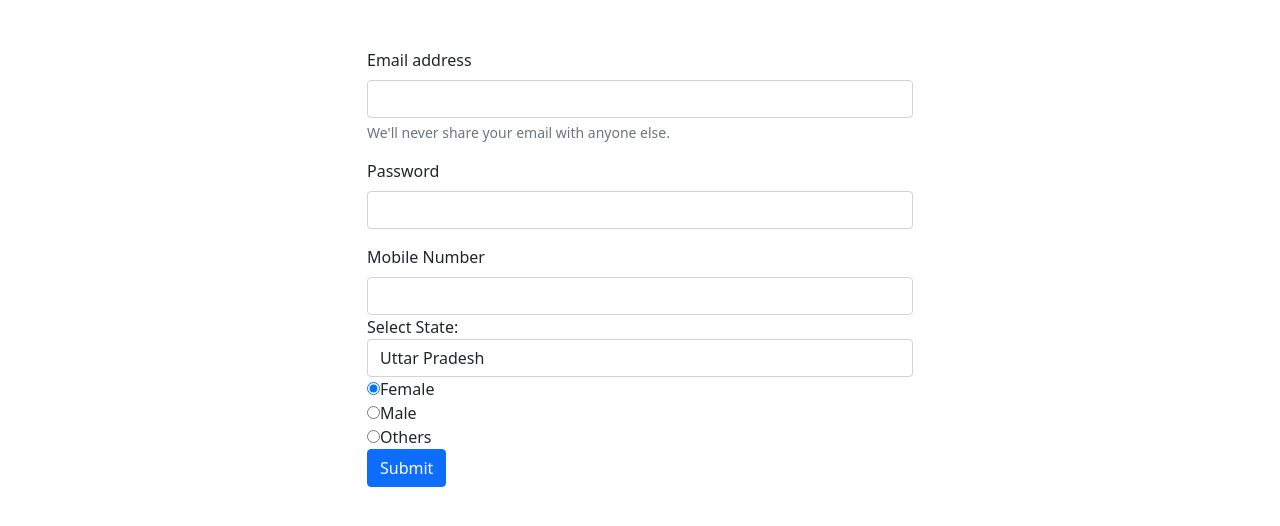
Repository: SimSri-ExtraMarks/FormHandling
Page: formHandling/form.html
An editor plug-in stored every save of this project. The page is shown before and after the next save, followed by the edit.
The browser window is 1280 px wide. The pictures show the whole page.

Above is the page before, as saved 2021-06-26 12:33:50.

After the next save:
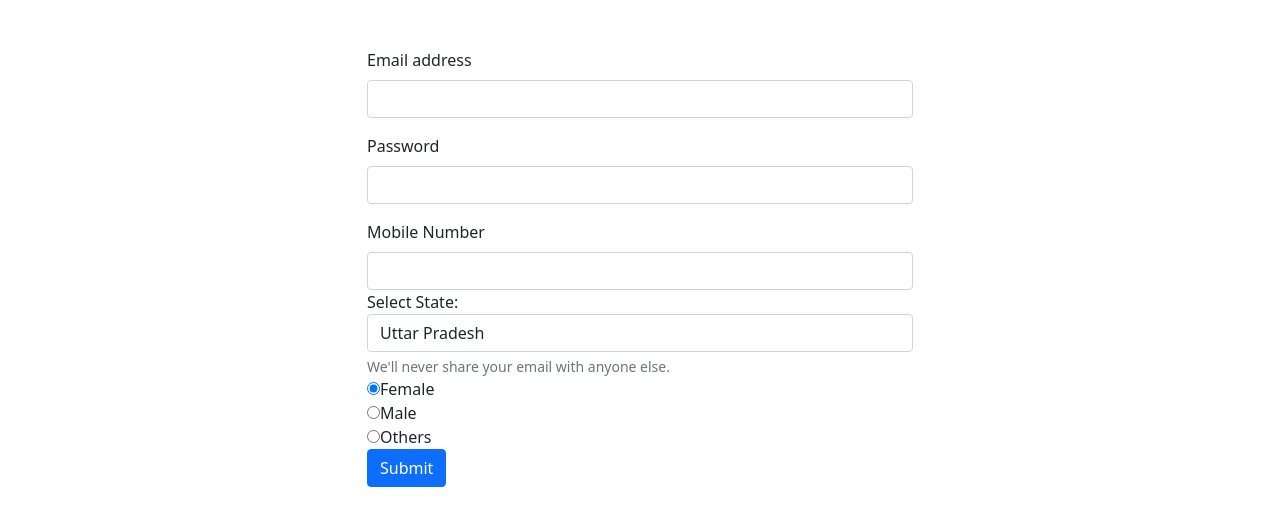
Saved 101 s later.
--- a/formHandling/form.html
+++ b/formHandling/form.html
@@ -13,40 +13,44 @@
 	<div class="container">
 		<div class="row mt-5">
 			<div class="col-md-6 offset-md-3">
-			<form>
-  <div class="mb-3">
-    <label for="exampleInputEmail1" class="form-label">Email address</label>
-    <input type="email" class="form-control" id="exampleInputEmail1" aria-describedby="emailHelp">
-    <div id="emailHelp" class="form-text">We'll never share your email with anyone else.</div>
-  </div>
-  <div class="mb-3">
-    <label for="exampleInputPassword1" class="form-label">Password</label>
-    <input type="password" class="form-control" id="exampleInputPassword1">
-  </div>
-   <div class="mb-3">
-    <label for="exampleInputMobileNumber" class="form-label">Mobile Number</label>
-    <input type="mobilenumber" class="form-control" id="exampleInputMobileNumber">
-    <div class="form-group">
-  <label for="exampleInputState">Select State:</label>
-  <select class="form-control" id="exampleInputState">
-    <option>Uttar Pradesh</option>
-    <option>Maharashtra</option>
-    <option>Rajasthan</option>
-    <option>Kerala</option>
-  </select>
-</div>
-
-<div class="radio">
-  <label><input type="radio" name="exampleInputGender" checked>Female</label>
-</div>
-<div class="radio">
-  <label><input type="radio" name="exampleInputGender">Male</label>
-</div>
-<div class="radio disabled">
-  <label><input type="radio" name="exampleInputGender">Others</label>
-</div>
-  <button type="submit" class="btn btn-primary">Submit</button>
-</form>
+				<form>
+					<div class="mb-3">
+						<label for="exampleInputEmail1" class="form-label">Email
+							address</label> <input type="email" class="form-control"
+							id="exampleInputEmail1" aria-describedby="emailHelp">
+					</div>
+					<div class="mb-3">
+						<label for="exampleInputPassword1" class="form-label">Password</label>
+						<input type="password" class="form-control"
+							id="exampleInputPassword1">
+					</div>
+					<div class="mb-3">
+						<label for="exampleInputMobileNumber" class="form-label">Mobile
+							Number</label> <input type="mobilenumber" class="form-control"
+							id="exampleInputMobileNumber">
+						<div class="form-group">
+							<label for="exampleInputState">Select State:</label> <select
+								class="form-control" id="exampleInputState">
+								<option>Uttar Pradesh</option>
+								<option>Maharashtra</option>
+								<option>Rajasthan</option>
+								<option>Kerala</option>
+							</select>
+						</div>
+						<div id="emailHelp" class="form-text">We'll never share your
+							email with anyone else.</div>
+						<div class="radio">
+							<label><input type="radio" name="exampleInputGender"
+								checked>Female</label>
+						</div>
+						<div class="radio">
+							<label><input type="radio" name="exampleInputGender">Male</label>
+						</div>
+						<div class="radio disabled">
+							<label><input type="radio" name="exampleInputGender">Others</label>
+						</div>
+						<button type="submit" class="btn btn-primary">Submit</button>
+				</form>
 
 
 
